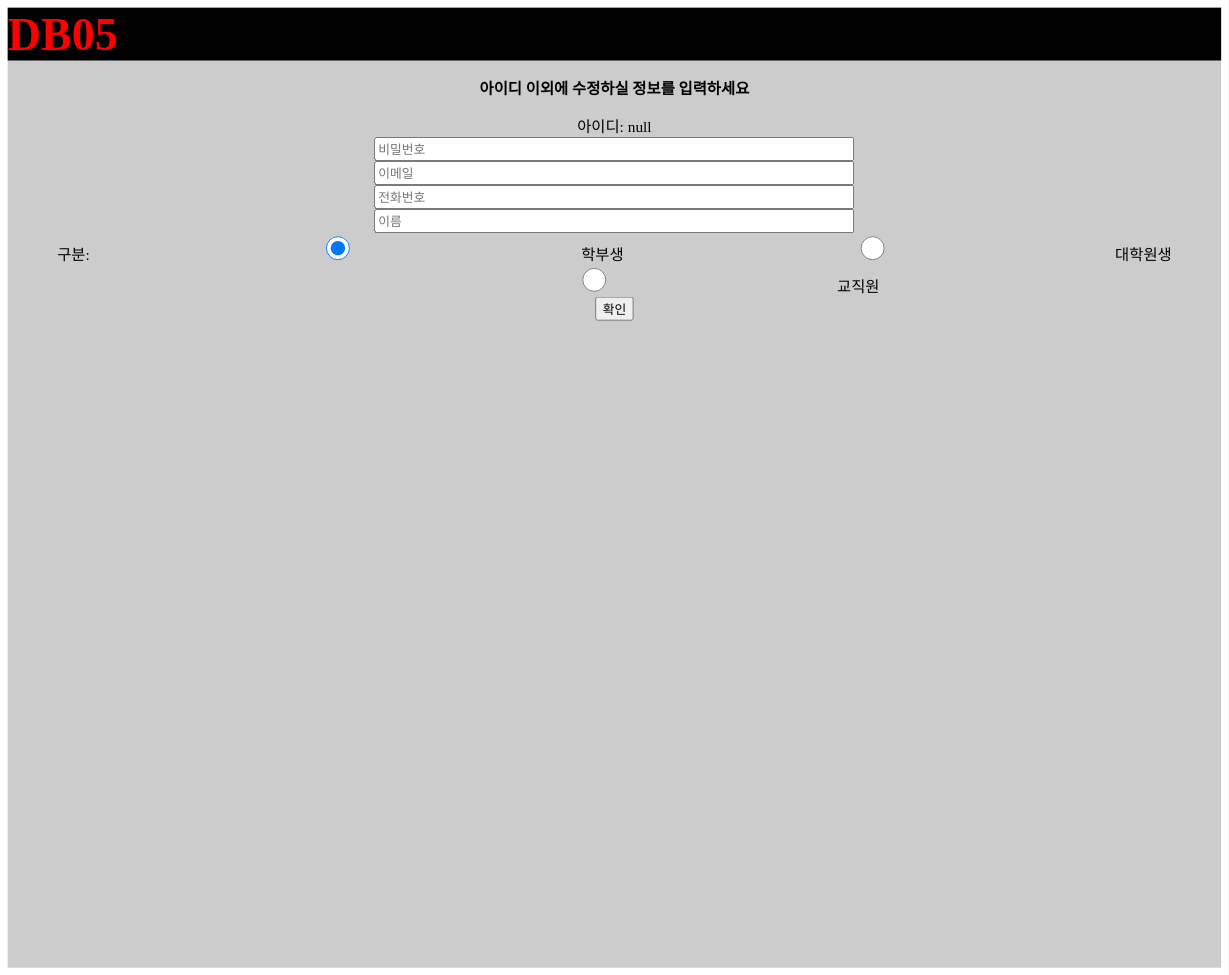
Repository: hii9505/DB_engineering_education
Page: http://localhost/TestIsp/accountrestore.jsp
An editor plug-in stored every save of this project. The page is shown before and after the next save, followed by the edit.
The browser window is 1280 px wide. The pictures show the whole page, at 96% of full size.
The page is served by Tomcat 9. Other server files are loaded and not shown.

Above is the page before, as saved 2019-12-18 10:53:05.
Console error: SyntaxError: Invalid or unexpected token

### eclipse-workspace/TestISP/TestIsp/WebContent/accountrestore.jsp
<%@ page language="java" contentType="text/html; charset=EUC-KR" pageEncoding="EUC-KR"%>
<%@ page import="java.sql.*" %>
<% request.setCharacterEncoding("EUC-KR"); %>

<!DOCTYPE html html PUBLIC "-//W3C//DTD HTML 4.01 Transitional//EN" "http://www.w3.org/TR/html4/loose.dtd">
<html>
<head>
<meta http-equiv="Content-Type" content="text/html "charset="EUC-KR">
<title>레코드 추가</title>
</head>

<style>
    #background{
        background: #cccccc;
        height: 1000px;
    }

    #title{
        background: black;
    }


    #Line_front{
        background: black;
        height: 50px;
        width: 600px;
    }

    #id{
        height: 25px;
        width: 500px;
    }

    #name{
        height: 25px;
        width: 500px;
    }


    #email{
        height: 25px;
        width: 500px;
    }

    #phone_number{
        height: 25px;
        width: 500px;
    }

    #pwd{
        height: 25px;
        width: 500px;
    }

    #pwd_check{
        height: 25px;
        width: 500px;
    }

    #stat{
        height: 25px;
        width: 500px;
    }



</style>
<body>


<div id = "background">
        <div id = "container">
            <div id="title"><font size="10" color="red"><strong>DB05</strong></font></div>
        </div>
        <center>
             <p>
                 <div><strong>아이디 이외에 수정하실 정보를 입력하세요</strong></div>
             </p>

		 <form method="post" action="restorecheck.jsp">
          			<div>아이디: <%= (String)session.getAttribute("id") %></div>
          			<input type="text" id = "pwd" name = "pwd" placeholder="비밀번호"></br>
                    <input type="text" id = "email" name = "email" placeholder="이메일"></br>
                    <input type="text" id = "phone_number" name = "phone_number" placeholder="전화번호"></br>
                   	<input type="text" id = "name" name = "name" placeholder="이름"></br>
                   	구분: <input type="RADIO" id = "stat" name = "stat" value=Undergrduate CHECKED>학부생
                   	<input type="RADIO" id = "stat" name = "stat" value=Graduate_school>대학원생
                   	<input type="RADIO" id = "stat" name = "stat" value=faculty_member>교직원</br>
            <input type="submit" value="확인" onclick="Question();">
		</form>

        </center>
    </div>



</body>

<script type="text/javascript">


function Question(){

var result = confirm("실행하시겠어요:?");

	if(result)
		{
			document.write("<h1> 실행합니다. </h1>
					<form method="post" action="restorecheck.jsp">
					<input type="submit" value="확인" onclick="Question();">
					</form>")
		}
	else{
			document.write("<h1> 정보 수정을 취소하였습니다. </h1>")
	}

}


</script>
</html>

After the next save:
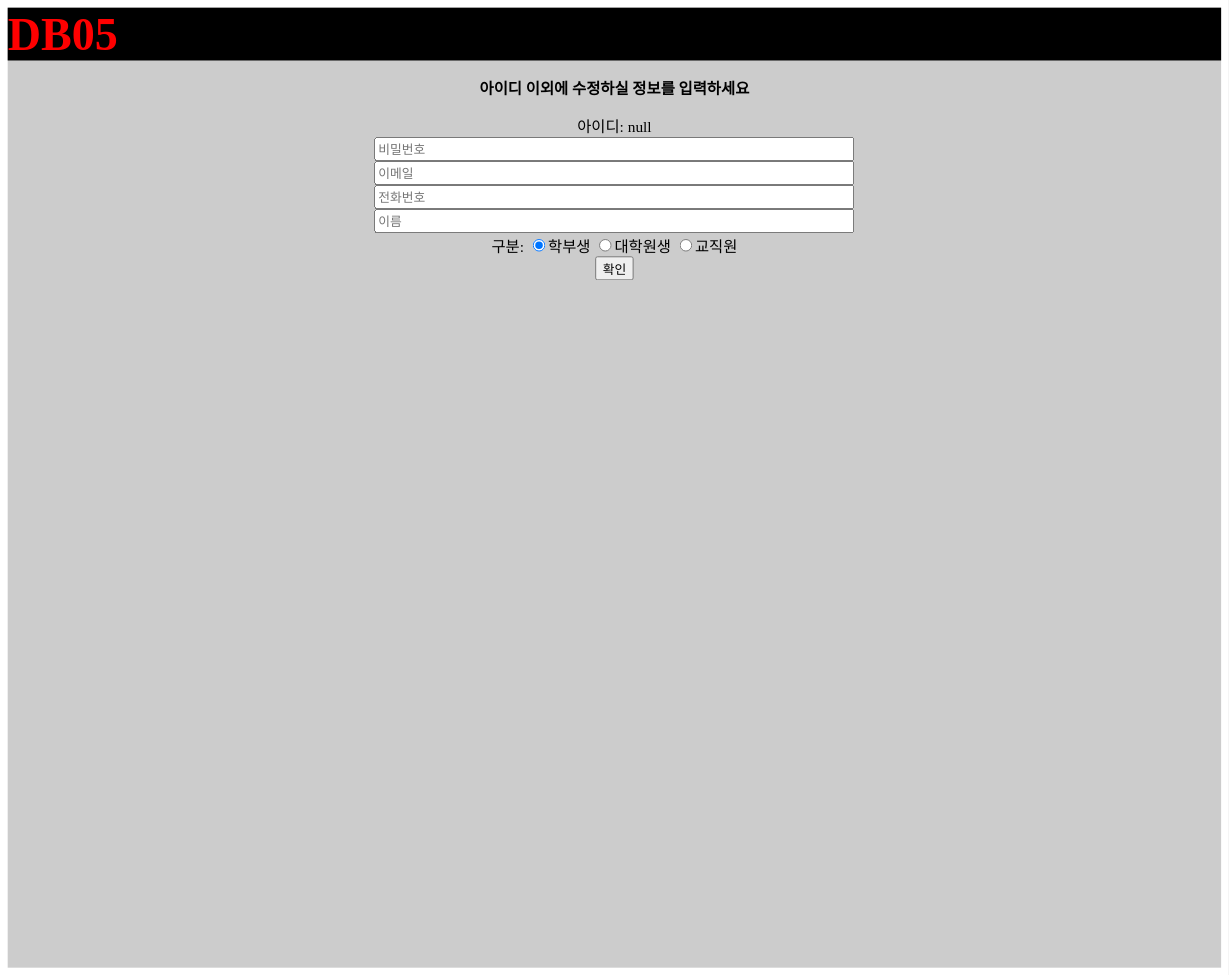
Saved 22 s later.
--- a/eclipse-workspace/TestISP/TestIsp/WebContent/accountrestore.jsp
+++ b/eclipse-workspace/TestISP/TestIsp/WebContent/accountrestore.jsp
@@ -57,10 +57,6 @@
         width: 500px;
     }
 
-    #stat{
-        height: 25px;
-        width: 500px;
-    }
 
 
 
